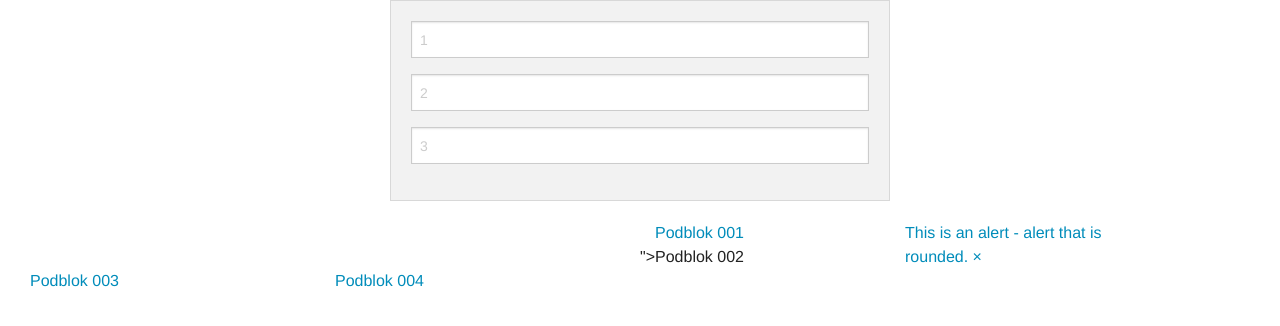
Repository: binczyk/RepoComarch
Page: strona/WebContent/foundation-5.5.2/exercise2.html
The author's editor kept a copy of each file at every save. The page is drawn from the files as they stood at one save, then again after the next save.
The browser window is 1280 px wide. The pictures show the whole page.

Above is the page before, as saved 2015-07-14 07:56:04.

After the next save:
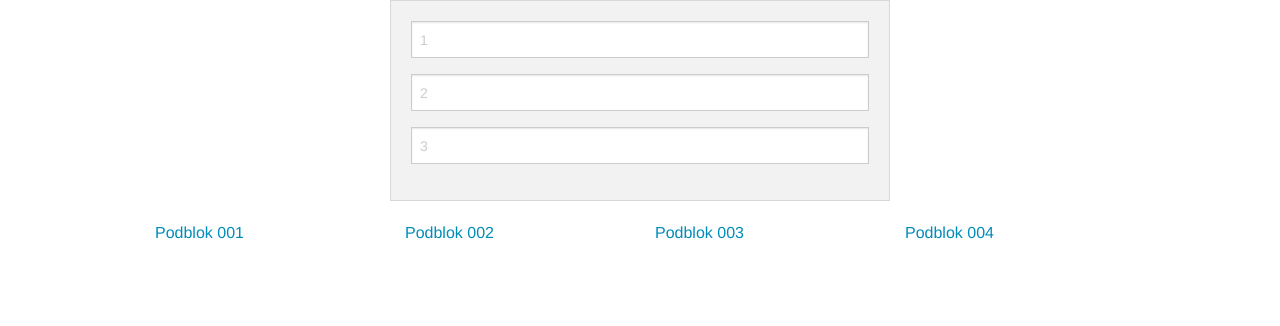
Saved 9 s later.
--- a/strona/WebContent/foundation-5.5.2/exercise2.html
+++ b/strona/WebContent/foundation-5.5.2/exercise2.html
@@ -25,23 +25,20 @@
 					<a href="#">Podblok 001</a>
 				</div>
 				<div class="small-6 columns">
-					<a href="<div data-alert class=" alert-box alertround"> This
-						is an alert - alert that is rounded. <a href="#" class="close">&times;</a>
+					<a href="#">Podblok 002</a>
 				</div>
-				">Podblok 002</a>
 			</div>
 		</div>
-	</div>
-	<div class="small-6 columns">
-		<div class="row">
-			<div class="small-6 columns">
-				<a href="#">Podblok 003</a>
-			</div>
-			<div class="small-6 columns">
-				<a href="#">Podblok 004</a>
+		<div class="small-6 columns">
+			<div class="row">
+				<div class="small-6 columns">
+					<a href="#">Podblok 003</a>
+				</div>
+				<div class="small-6 columns">
+					<a href="#">Podblok 004</a>
+				</div>
 			</div>
 		</div>
-	</div>
 	</div>
 
 	<div id="myModal" class="reveal-modal" data-reveal
